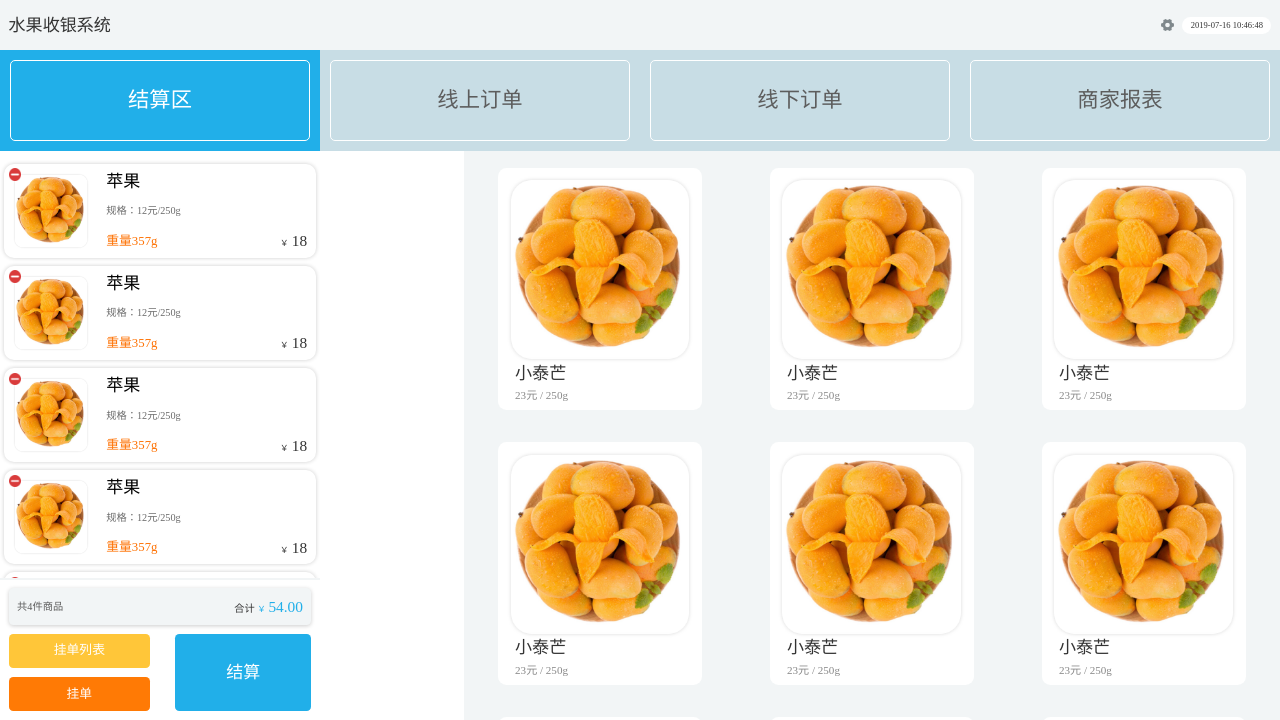
Repository: missing-star/fruit
Page: index.html
An editor plug-in stored every save of this project. The page is shown before and after the next save, followed by the edit.
The browser window is 1280 px wide. The pictures show the whole page.
The page's requests for data from a server got no answer. An inner scrolling area shows only its first screen.

Above is the page before, as saved 2019-07-16 11:34:22.
Console error: TypeError: vm.log is not a function

After the next save:
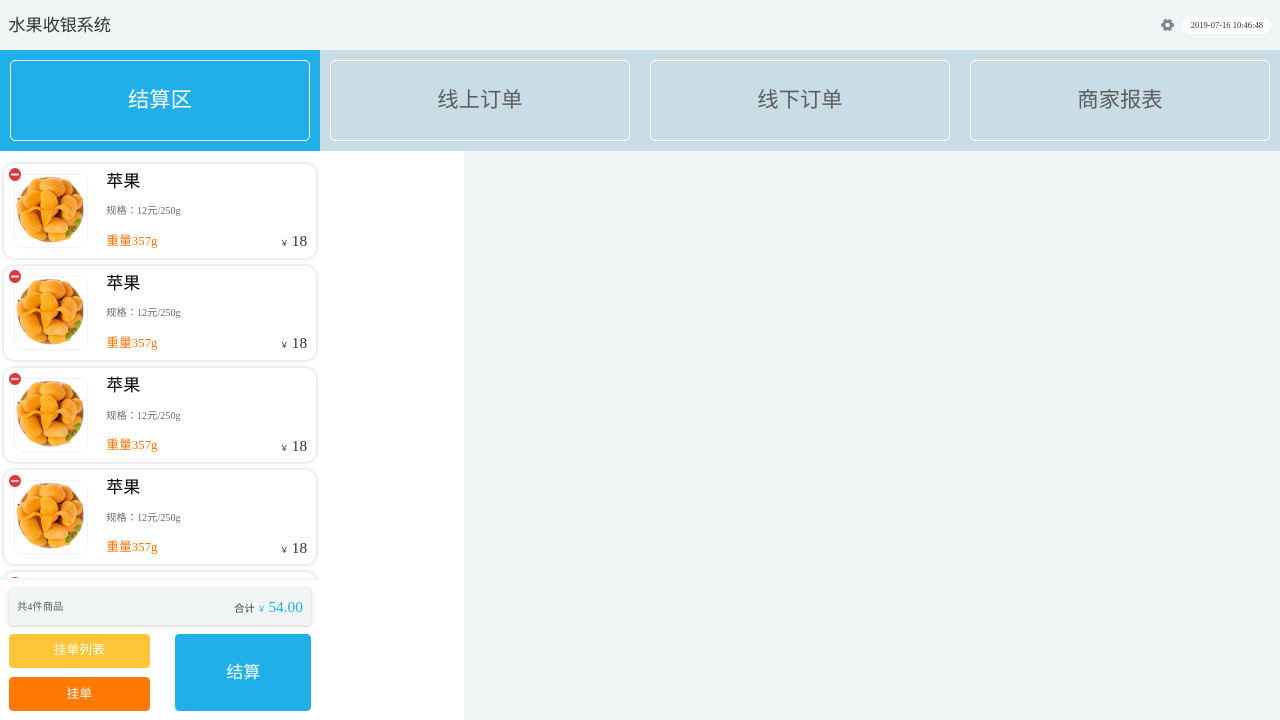
Saved 7 min 35 s later.
--- a/index.html
+++ b/index.html
@@ -84,11 +84,11 @@
                     </li>
                 </ul>
                 <ul class="goods-choice-list">
-                    <li v-for="n in 20" class="goods-choice-item">
+                    <li :key="item.id" v-for="item in goodsList" class="goods-choice-item">
                         <img src="./images/goods.png" class="goods-show-pic">
                         <p class="goods-desc">
-                            <span class="goods-name">小泰芒</span>
-                            <span class="price-weight">23元 / 250g</span>
+                            <span class="goods-name">{{item.productName}}</span>
+                            <span class="price-weight">{{item.productPrice}}元 / 250g</span>
                         </p>
                     </li>
                 </ul>

After the 2 saves that followed:
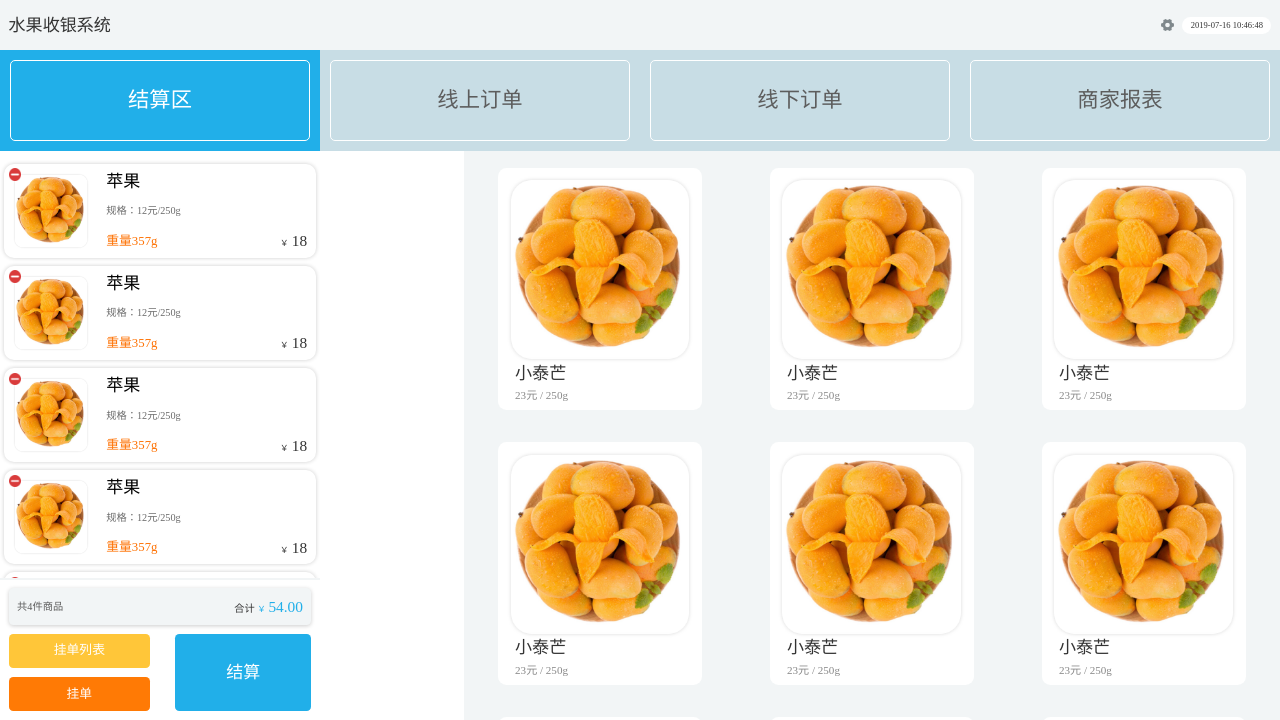
The 2 saves are shown as one change because 1 left the picture as it was.
The last was saved 7 min 15 s later.
--- a/index.html
+++ b/index.html
@@ -84,11 +84,11 @@
                     </li>
                 </ul>
                 <ul class="goods-choice-list">
-                    <li :key="item.id" v-for="item in goodsList" class="goods-choice-item">
+                    <li v-for="n in 20" class="goods-choice-item">
                         <img src="./images/goods.png" class="goods-show-pic">
                         <p class="goods-desc">
-                            <span class="goods-name">{{item.productName}}</span>
-                            <span class="price-weight">{{item.productPrice}}元 / 250g</span>
+                            <span class="goods-name">小泰芒</span>
+                            <span class="price-weight">23元 / 250g</span>
                         </p>
                     </li>
                 </ul>
